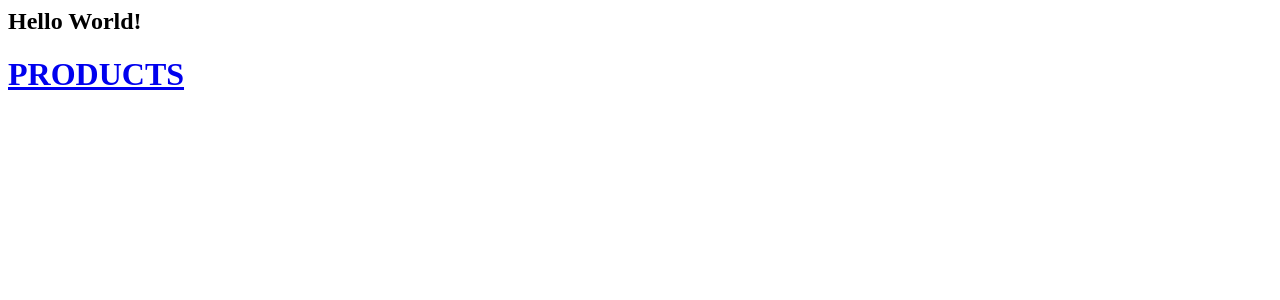
Repository: ankitasha/HomeProject
Page: http://localhost/insurance/
These files come from the project's save history. The page is drawn as it stood at one moment and after the next save; the edit follows.
The browser window is 1280 px wide. The pictures show the whole page.
The page is served by Tomcat 9. Other server files are loaded and not shown.

Above is the page before, as saved 2017-05-03 06:09:48.

### insurance/src/main/webapp/index.jsp
<%@ taglib uri="http://java.sun.com/jsp/jstl/core" prefix="c" %>
<html>
<body>
<h2>Hello World!</h2>
<h1><a href = "homepage.html"> PRODUCTS</a></h1>
</body>
</html>

After the next save:
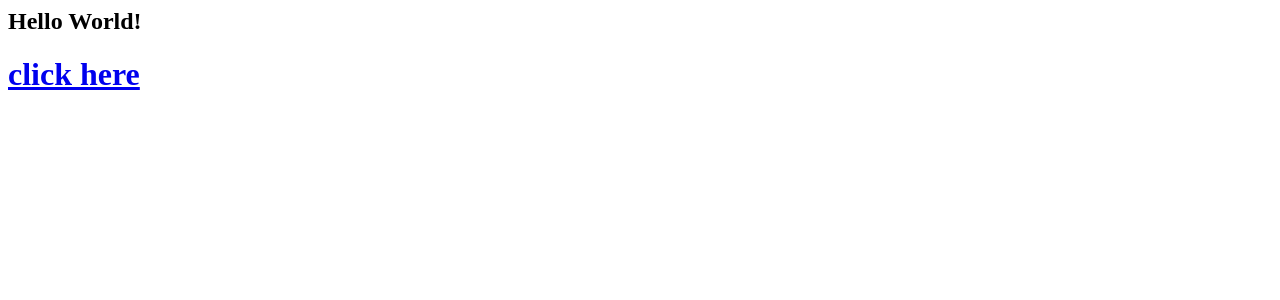
Saved 9 s later.
--- a/insurance/src/main/webapp/index.jsp
+++ b/insurance/src/main/webapp/index.jsp
@@ -2,6 +2,6 @@
 <html>
 <body>
 <h2>Hello World!</h2>
-<h1><a href = "homepage.html"> PRODUCTS</a></h1>
+<h1><a href = "homepage.html"> click here</a></h1>
 </body>
 </html>
